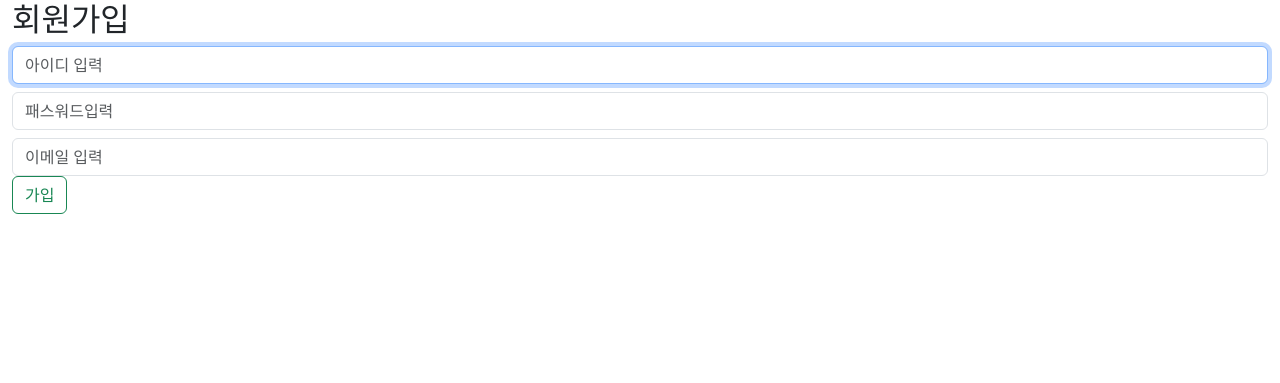
Repository: ldj0905/javaproject
Page: http://localhost/lab05_jsp/user/signup
These files come from the project's save history. The page is drawn as it stood at one moment and after the next save; the edit follows.
The browser window is 1280 px wide. The pictures show the whole page.
The page is served by Tomcat 10. Other server files are loaded and not shown.

Above is the page before, as saved 2024-05-30 10:10:41.

### lab05_jsp/src/main/webapp/WEB-INF/views/user/signup.jsp
<%@ page language="java" contentType="text/html; charset=UTF-8"
    pageEncoding="UTF-8" trimDirectiveWhitespaces="true"%>
<%@ taglib prefix="c" uri="jakarta.tags.core"%>
<!DOCTYPE html>
<html>
<head>
<meta charset="UTF-8">
<meta name="viewport" content="width=device-width, initial-scale=1">
<title>회원 가입</title>
<link
    href="https://cdn.jsdelivr.net/npm/bootstrap@5.3.3/dist/css/bootstrap.min.css"
    rel="stylesheet"
    integrity="sha384-QWTKZyjpPEjISv5WaRU9OFeRpok6YctnYmDr5pNlyT2bRjXh0JMhjY6hW+ALEwIH"
    crossorigin="anonymous">
</head>
<body>
    <!-- TODO: 회원 가입 양식(form) -->
    <main>
        <div class="container-fluid">
            <div class="card-header">
                <h2>회원가입</h2>
            </div>
            <div class="card-body">
                <c:url var="signup" value="/post/list" />
                <form method="post" action="${signup}">

                    <div class="mt-2">
                        <input class="form-control" type="text"
                            name="userid" placeholder="아이디 입력" required
                            autofocus />
                        <!--autofocus가 뭐하는거임 -->
                    </div>
                    <div class="mt-2">
                        <input class="form-control" type="text"
                            name="password" placeholder="패스워드입력"
                            required></input>
                    </div>
                    <div class="mt-2">
                        <input class="form-control" type="text"
                            name="email" placeholder="이메일 입력" required />
                    </div>
                </form>
            </div>
                 <div class ="card-footer">
                    <c:url var="signup" value="/">
                        <c:param name="id" value="${post.id}"/>
                    </c:url>
                   <input class="btn btn-outline-success"  type = "submit" value="가입" />
                </div>
        </div>
    </main>
    <script
        src="https://cdn.jsdelivr.net/npm/bootstrap@5.3.3/dist/js/bootstrap.bundle.min.js"
        integrity="sha384-YvpcrYf0tY3lHB60NNkmXc5s9fDVZLESaAA55NDzOxhy9GkcIdslK1eN7N6jIeHz"
        crossorigin="anonymous"></script>
</body>
</html>

### lab05_jsp/src/main/java/com/itwill/lab05/web/UserSignUpController.java
package com.itwill.lab05.web;

import java.io.IOException;

import org.slf4j.Logger;
import org.slf4j.LoggerFactory;

import com.itwill.lab05.repository.User;
import com.itwill.lab05.service.UserService;

import jakarta.servlet.ServletException;
import jakarta.servlet.annotation.WebServlet;
import jakarta.servlet.http.HttpServlet;
import jakarta.servlet.http.HttpServletRequest;
import jakarta.servlet.http.HttpServletResponse;

@WebServlet (name = "userSignUpController", urlPatterns = {"/user/signup"})
public class UserSignUpController extends HttpServlet {
	private static final long serialVersionUID = 1L;
	private static final Logger log = LoggerFactory.getLogger(UserSignUpController.class);
	//controller는 service를 호출한다.

	private final UserService userService = UserService.INSTANCE;
	//TODO: 회원 가입에 필요한 요청 처리 메서드.


	@Override
	protected void doGet(HttpServletRequest req, HttpServletResponse resp) throws ServletException, IOException {
		log.debug("doGet()");
		req.getRequestDispatcher("/WEB-INF/views/user/signup.jsp").forward(req, resp);
	}
	@Override
	protected void doPost(HttpServletRequest req, HttpServletResponse resp) throws ServletException, IOException {
		log.debug("doPost");
		String userid = req.getParameter("userid");
		String password = req.getParameter("password");
		String email = req.getParameter("email");
		User user = User.builder().userid(userid).password(password).email(email).build();

		userService.create(user);
		String url = req.getContextPath() + "/signin";
		resp.sendRedirect(url);
	}
}

### lab05_jsp/src/main/java/com/itwill/lab05/repository/UserDao.java
package com.itwill.lab05.repository;

import java.sql.Connection;
import java.sql.PreparedStatement;
import java.sql.SQLException;

import org.slf4j.Logger;
import org.slf4j.LoggerFactory;

import com.itwill.lab05.datasource.DataSourceUtil;
import com.zaxxer.hikari.HikariDataSource;


// DAO(Data Access Object). 데이터베이스 CRUD. <= 하는역할 : create read update delete
public enum UserDao {
	INSTANCE;

	private static final Logger log = LoggerFactory.getLogger(UserDao.class);

	private final HikariDataSource ds = DataSourceUtil.getInstance().getDataSource(); // <- 얘 뭐하는애임?

	//TODO: users 테이블에 insert SQL 문장 & 메서드
	private static final String SQL_INSERT =
			"insert into posts (userid,password,email) values(?, ?, ?)";

	//insert source 만들기
	public int insert(User user) {
		log.debug("insert({})", user);
		log.debug(SQL_INSERT);

		Connection conn = null;
		PreparedStatement stmt = null;
		int result = 0;
		try {
			conn = ds.getConnection();
            stmt = conn.prepareStatement(SQL_INSERT);
            stmt.setString(1,user.getUserid());
            stmt.setString(2, user.getPassword());
            stmt.setString(3, user.getEmail());
            result = stmt.executeUpdate();
		}catch(SQLException e) {
			e.printStackTrace();
		}

		return result;
	}



}

### lab05_jsp/src/main/webapp/WEB-INF/views/fragments/header.jspf
<%@ page language="java" contentType="text/html; charset=UTF-8"
    pageEncoding="UTF-8" trimDirectiveWhitespaces="true"%>
<%@ taglib prefix="c" uri="jakarta.tags.core" %>

<header class="mt-2 p-4 bg-primary text-white text-center">
    <h1>${pageTitle}</h1>
</header>

<nav class="navbar navbar-expand-lg bg-body-tertiary">
    <div class="container-fluid">
        <c:url var="homePage" value="/" />
        <a class="navbar-brand" href="${homePage}">Home</a>
        <button class="navbar-toggler" type="button"
            data-bs-toggle="collapse" data-bs-target="#navbarNav"
            aria-controls="navbarNav" aria-expanded="false"
            aria-label="Toggle navigation">
            <span class="navbar-toggler-icon"></span>
        </button>
        <div class="collapse navbar-collapse" id="navbarNav">
            <ul class="navbar-nav">
                <li class="nav-item">
                    <c:url var="postListPage" value="/post/list" />
                    <a class="nav-link" href="${postListPage}">Post List</a>
                </li>
                <li class="nav-item">
                    <c:url var="newPostPage" value="/post/create" />
                    <a class="nav-link" href="${newPostPage}">New Post</a>
                </li>
                <li class="nav-item">
                <!-- TODO: 로그인 url 작성 해서 #에 넣기-->
                    <a class="nav-link" href="#">로그인</a>
                </li>
                <!-- TODO: 회원가입 url 작성 해서 #에 넣기-->
                <li class="nav-item">
                    <c:url var="signup" value ="/user/signup" />
                    <a class="nav-link" href= "${signup}">회원가입</a>
                </li>

            </ul>
        </div>
    </div>
</nav>

After the next save:
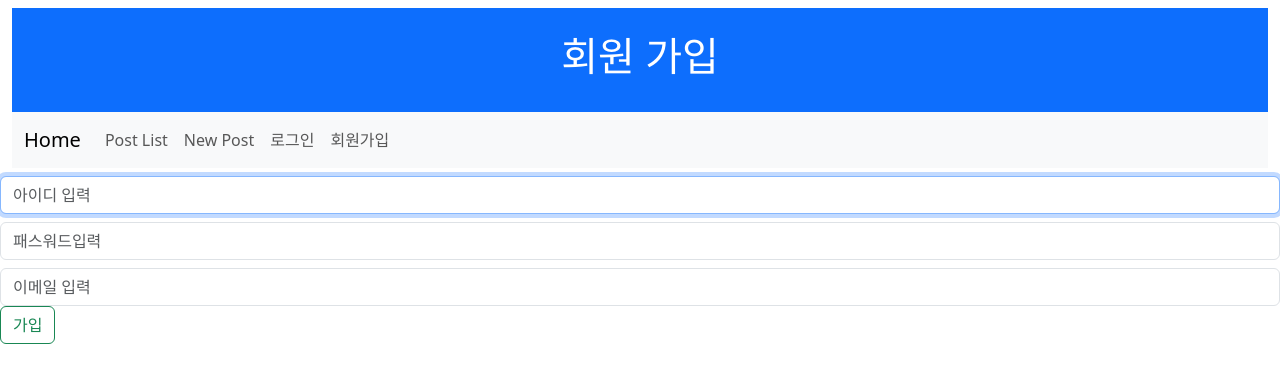
Saved 52 s later.
--- a/lab05_jsp/src/main/webapp/WEB-INF/views/user/signup.jsp
+++ b/lab05_jsp/src/main/webapp/WEB-INF/views/user/signup.jsp
@@ -17,8 +17,8 @@
     <!-- TODO: 회원 가입 양식(form) -->
     <main>
         <div class="container-fluid">
-            <div class="card-header">
-                <h2>회원가입</h2>
+             <c:set var="pageTitle" value="회원 가입" scope="page"/>
+            <%@ include file="../fragments/header.jspf" %>
             </div>
             <div class="card-body">
                 <c:url var="signup" value="/post/list" />
